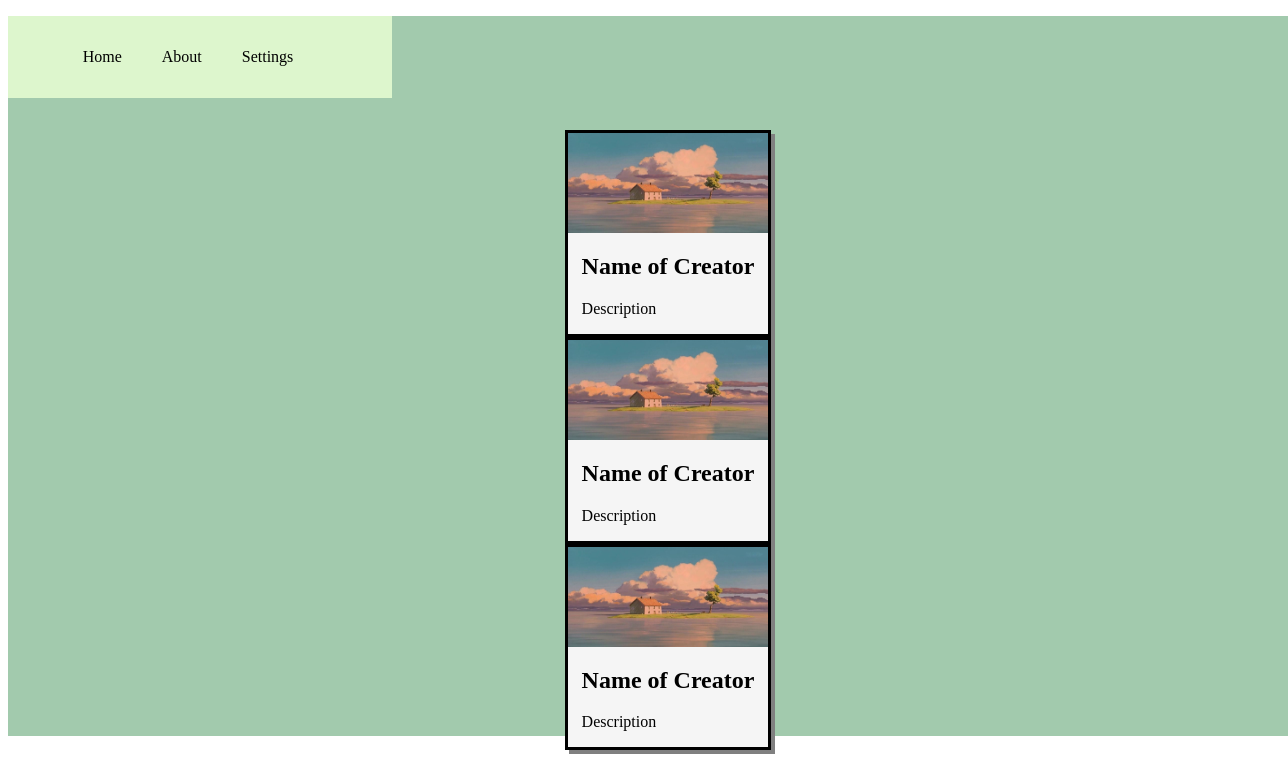
Repository: k8ANStar/Questify
Page: /About
The author's editor kept a copy of each file at every save. The page is drawn from the files as they stood at one save, then again after the next save.
The browser window is 1280 px wide. The page is 1288 px wide, so the pictures cover 1288 px, including what lies to the right of the window. The pictures show the whole page.
The project was rebuilt for these pictures with package versions that can differ from the ones it lists, and the page was loaded fresh each time. The framework's server and built-in components were replaced by stand-ins that run in the browser. Also part of the build but not shown: next.config.mjs.

Above is the page before, as saved 2024-03-24 22:19:03.

### pages/About.js
import Card from "@/components/Card";
import Header from "@/components/Header";
import styles from "@/styles/About.module.css/";

export default function About() {
	return (
		<div className={styles.aboutPage}>
			<Header />
			<div className={styles.cardList}>
				<ul className={styles.list}>
					<li>
						<Card />
					</li>
					<li>
						<Card />
					</li>
					<li>
						<Card />
					</li>
				</ul>
			</div>
		</div>
	);
}

### components/Card/index.js
import styles from "./Card.module.css";
import Image from "next/image";

export default function Card() {
	return (
		<div>
			<section className={styles.cardContainer}>
				<Image
					className={styles.image}
					src="/images/image1.jpeg"
					width={200}
					height={100}
				/>
				<div className={styles.cardContents}>
					<h2>Name of Creator</h2>
					<p>Description</p>
				</div>
			</section>
		</div>
	);
}

### components/Header/index.js
import styles from "./Header.module.css";
import Link from "next/link";
export default function Header() {
	return (
		<>
			<ul className={styles.nav}>
				<li>
					<Link href={"/"} className={styles.home}>
						Home
					</Link>
				</li>
				<li>
					<Link href={"/About"} className={styles.about}>
						About
					</Link>
				</li>
				<li>
					<Link href={"/Settings"} className={styles.settings}>
						Settings
					</Link>
				</li>
			</ul>
		</>
	);
}

### styles/About.module.css
.cardList {
	justify-content: space-evenly;
	display: flex;
	list-style-type: none;
}

.list {
	list-style-type: none;
}

.aboutPage {
	background-color: rgb(162, 202, 173);
	width: 100vw;
	height: 100vh;
}

### components/Card/Card.module.css
.cardContainer {
	border: 3px solid black;
	display: flex;
	align-items: center;
	text-decoration: none;
	box-shadow: 4px 4px gray;
	background-color: whitesmoke;
}
.image {
	display: flex;
	flex-grow: inherit;
}
.cardContainer {
	display: flex;
	flex-direction: column;
}

### components/Header/Header.module.css
.nav {
	display: flex;
	list-style-type: none;
	text-decoration: none;
	padding: 2rem;
	width: 20rem;
	background-color: rgb(221, 246, 205);
    justify-content: center;
}

.home,
.about,
.settings {
	text-decoration: none;
	color: var(--black);
	margin-right: 2rem;
	margin-left: 0.5rem;
	white-space: nowrap;
}

Loaded but not shown: pages/_app.js (common file); pages/_document.js (common file); styles/globals.css (common file)

After the next save:
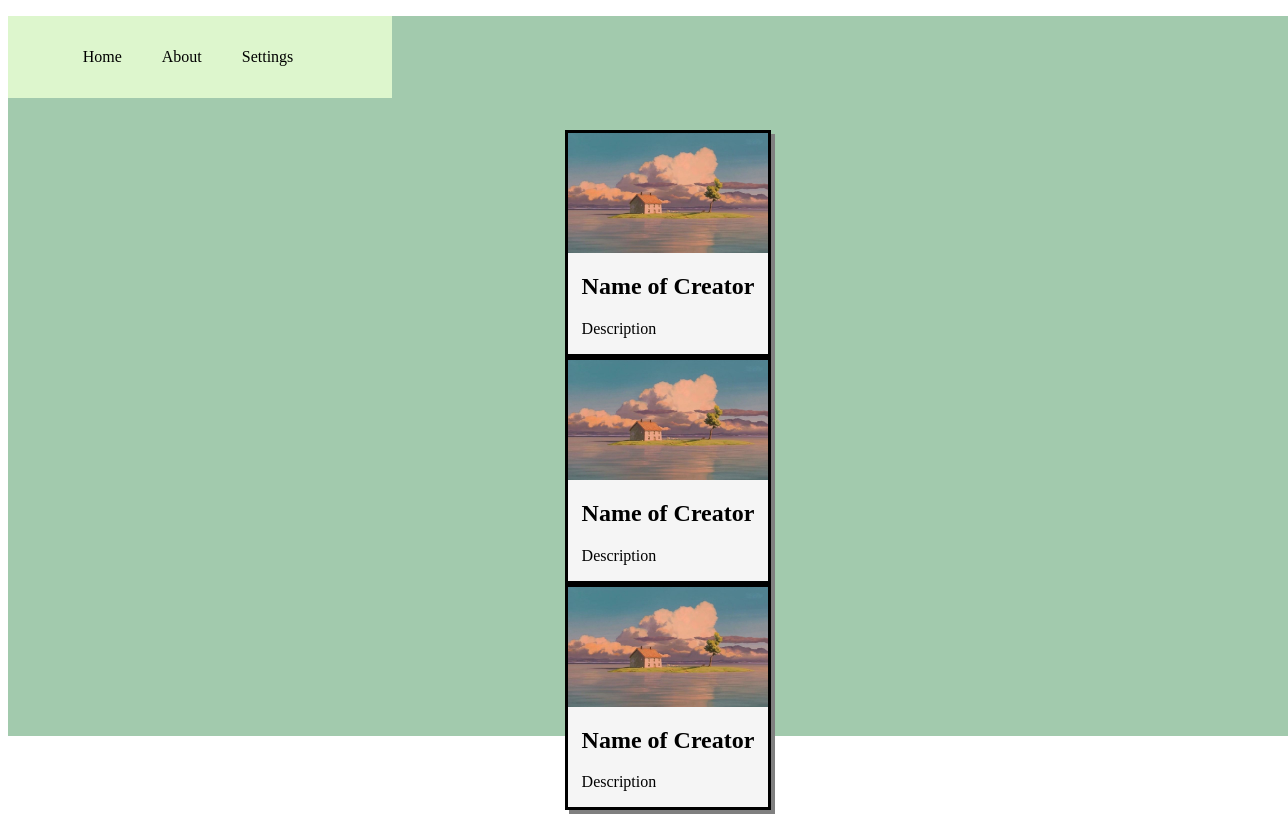
Saved 9 s later.
--- a/components/Card/index.js
+++ b/components/Card/index.js
@@ -9,7 +9,7 @@ export default function Card() {
 					className={styles.image}
 					src="/images/image1.jpeg"
 					width={200}
-					height={100}
+					height={120}
 				/>
 				<div className={styles.cardContents}>
 					<h2>Name of Creator</h2>
